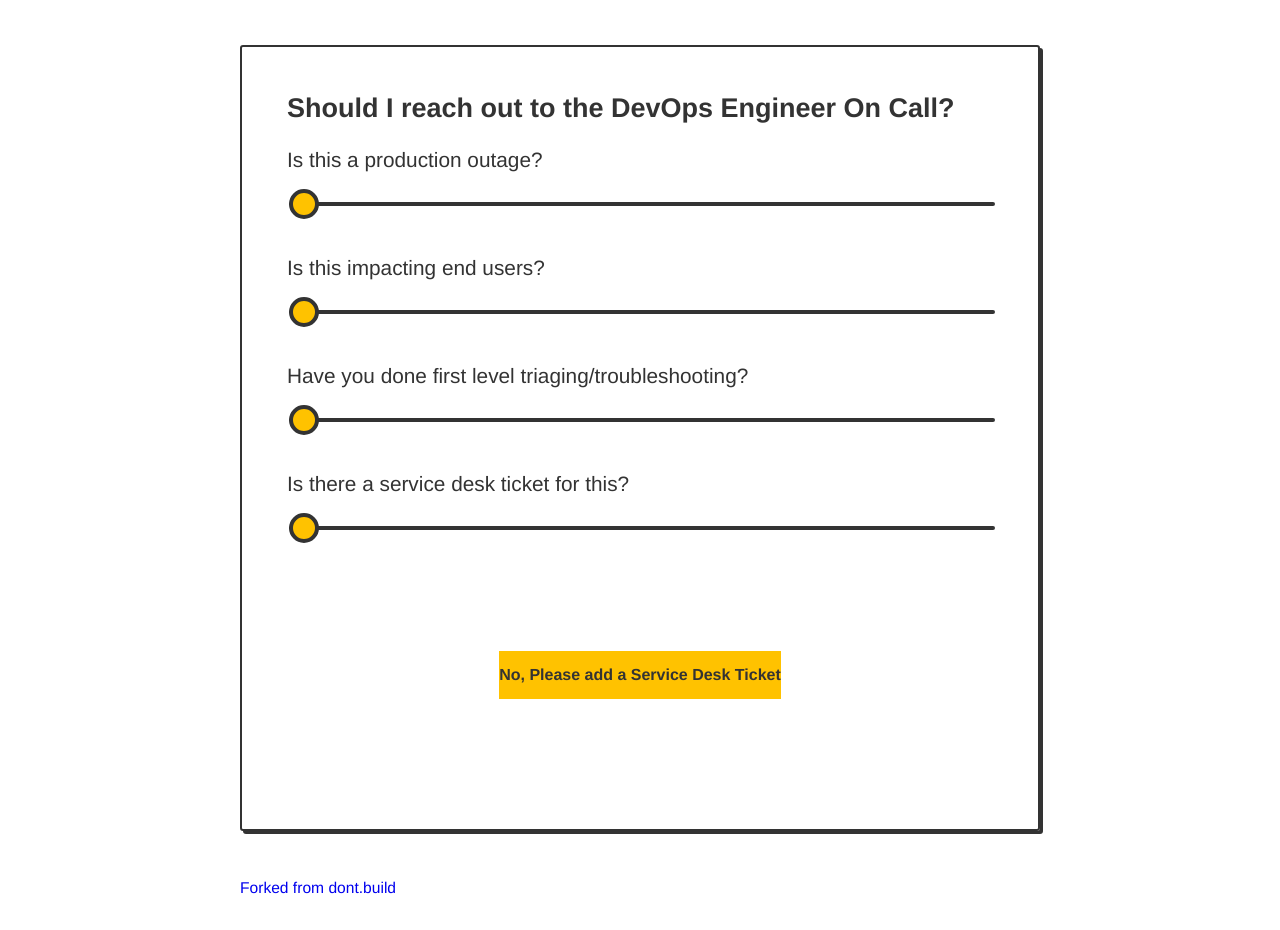
Repository: harishbsrinivas/dont.call
Page: index.html
The author's editor kept a copy of each file at every save. The page is drawn from the files as they stood at one save, then again after the next save.
The browser window is 1280 px wide. The pictures show the whole page.

Above is the page before, as saved 2022-12-04 11:55:42.

After the next save:
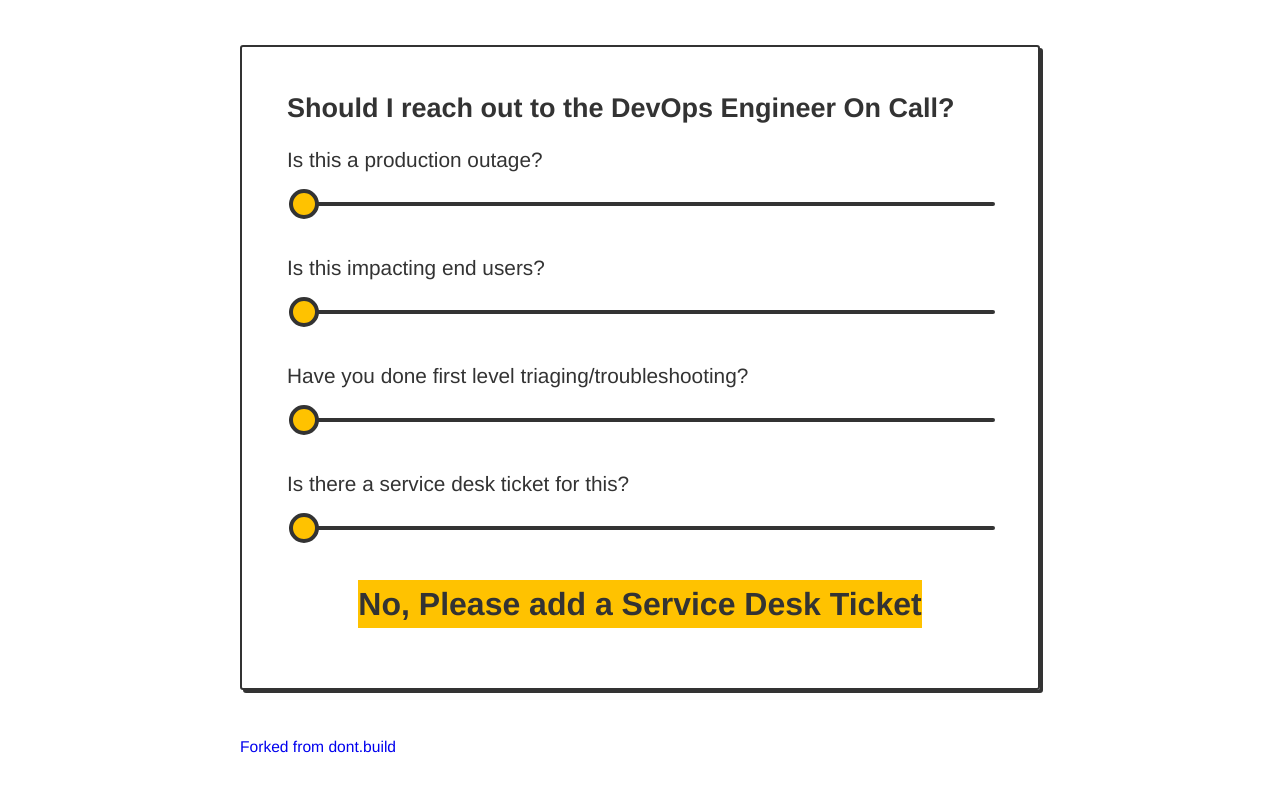
Saved 9 s later.
--- a/style.css
+++ b/style.css
@@ -125,9 +125,8 @@ button {
 .answer {
   text-align: center;
   margin: 30px 0;
-  font-size: 1rem;
+  font-size: 2rem;
   line-height: 3rem;
-  padding: 10%;
 }
   .answer span {
     display: inline-block;
